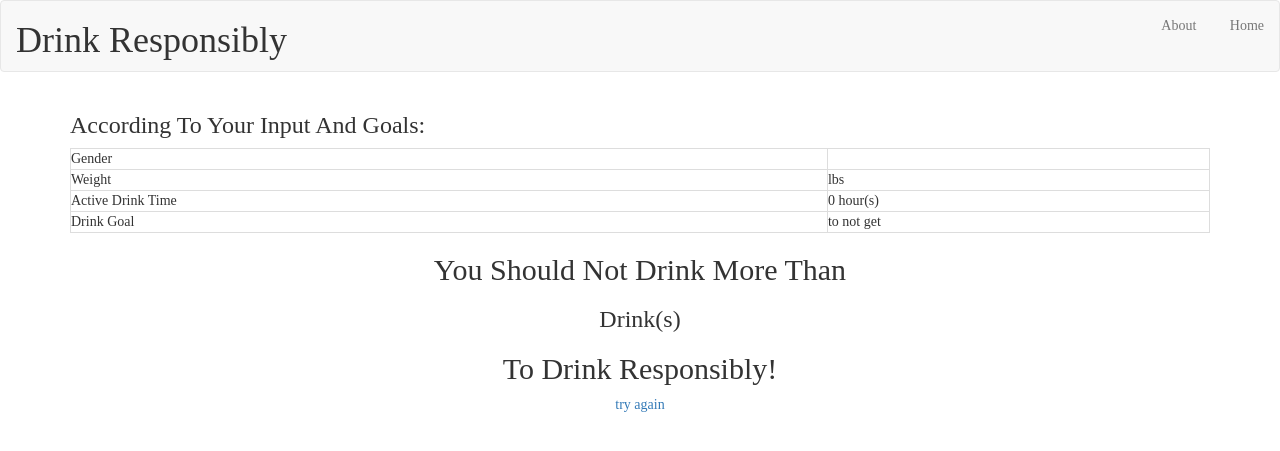
Repository: NatNat180/DrinkResponsibly
Page: http://localhost/DrinkResponsibly/calculate-drink-amount
These files come from the project's save history. The page is drawn as it stood at one moment and after the next save; the edit follows.
The browser window is 1280 px wide. The pictures show the whole page.
Some web fonts or font styles are not loaded; a fallback is used. The page is served by Tomcat 9. Other server files are loaded and not shown.

Above is the page before, as saved 2016-04-07 16:27:29.

### DrinkResponsibly/WebContent/WEB-INF/results.jsp
<%@ page language="java" contentType="text/html; charset=UTF-8"
    pageEncoding="ISO-8859-1"%>
<%@ taglib prefix="c" uri="http://java.sun.com/jsp/jstl/core" %>
<!DOCTYPE html>
<html lang="eng">
<head>
<meta http-equiv="Content-Type" content="text/html; charset=UTF-8">
<link rel="stylesheet" type="text/css" href="bootstrap/css/bootstrap.css"/>
<link rel="stylesheet" type="text/css" href="css/style.css"/>
<title>Drink Responsibly - Your Results</title>
</head>
<body>
<c:import url="/WEB-INF/navigation.html"/>
<section class="container">

<h3>According To Your Input And Goals:</h3>
<table class="table-bordered" style="width: 100%;">
<tr>
	<td>Gender</td>
	<td><c:out value="${gender}"></c:out></td>
</tr>
<tr>
	<td>Weight</td>
	<td><c:out value="${weight} lbs"></c:out></td>
</tr>
<tr>
	<td>Active Drink Time</td>
	<td><c:out value="${drink-time} hour(s)"></c:out></td>
</tr>
<tr>
	<td>Drink Goal</td>
	<td>to not get <c:out value="${goal}"></c:out></td>
</tr>
</table>

<div class="center-text">
<h2>You Should Not Drink More Than</h2>
<h2><c:out value="${drinks}"></c:out></h2>
<h3>Drink(s)</h3>
<h2>To Drink Responsibly!</h2>
<a href="form">try again</a>
</div>

</section>
</body>
</html>

### DrinkResponsibly/WebContent/WEB-INF/navigation.html
<nav class="navbar navbar-default" role="navigation">
	<div class="container-fluid">
		<div class="navbar-header">
		  <h1  class="nav-title">Drink Responsibly</h1>
		</div>
		<ul class="nav navbar-nav navbar-right">
			<li id="right"><a href="">&nbsp;About</a>
			<li id="right"><a href="form">&nbsp;Home</a>
		</ul>
	</div>
	</nav>
	<!--<nav class="nav-tabs" role="navigation">
	<h1  class="nav-title">Drink Responsibly</h1>
		<ul class="nav navbar-nav navbar-right">
			<li id="right"><a href="">&nbsp;About</a>
			<li id="right"><a href="form">&nbsp;Home</a>
		</ul>
	</nav>-->

### DrinkResponsibly/src/com/application/CalculateDrinkAmount.java
package com.application;

import java.io.IOException;
//import java.io.PrintWriter;

import javax.servlet.ServletException;
import javax.servlet.annotation.WebServlet;
import javax.servlet.http.HttpServlet;
import javax.servlet.http.HttpServletRequest;
import javax.servlet.http.HttpServletResponse;

@WebServlet("/calculate-drink-amount")
public class CalculateDrinkAmount extends HttpServlet {
	private static final long serialVersionUID = 1L;

	//make class variables
	double initialBAC;
	double expendableBAC = 0.015;
	double finalBAC;
	int drinks;

    public CalculateDrinkAmount() {
        super();

    }

	protected void doGet(HttpServletRequest request, HttpServletResponse response) throws ServletException, IOException {

		request.getServletContext().getRequestDispatcher("/WEB-INF/results.jsp").forward(request, response);
	}

	protected void doPost(HttpServletRequest request, HttpServletResponse response) throws ServletException, IOException {

		//response.setContentType("text/html");
		//PrintWriter out = response.getWriter();

		//Retrieve values from form
		String gender = request.getParameter("gender");
		String weight = request.getParameter("weight");
		String drinkTime = request.getParameter("drink-time");
		String goal = request.getParameter("goal");
		String unit = request.getParameter("unit");

		//Parse int the weight and drinkTime so that they are no longer strings and can be manipulated
		int weightNum = Integer.parseInt(weight);
		int drinkTimeNum = Integer.parseInt(drinkTime);

		//convert from kg to lbs if kg was used
		if(unit.equals("kg")){
			weightNum *= 2.2046;
		}

		//Enable them to be printed out in a JSP
		request.setAttribute("gender", gender);
		request.setAttribute("weight", weightNum);
		request.setAttribute("drink-time", drinkTime);
		request.setAttribute("goal", goal);

		//Set initial drink amount
		//If the person plans on drinking for at least an hour or more, set the initial drink amount to the total hours they plan on drinking
		//Otherwise, set the initial drink amount to zero
		if(drinkTimeNum >= 1){
			drinks = drinkTimeNum;
		} else {
			drinks = 0;
		}

		//Calculate initial BAC levels based on gender and weight
		if(gender.equals("male")){

			if(weightNum <= 100){

				initialBAC = 0.0435;

			} else if(weightNum > 100 && weightNum < 125){

				double base = 0.0435;
				double rate = 0.00036 * 5;

				switch(weightNum){
				case 101:
				case 102:
				case 103:
				case 104:
					initialBAC = base;
					break;
				case 105:
				case 106:
				case 107:
				case 108:
				case 109:
					initialBAC = base - rate;
					break;
				case 110:
				case 111:
				case 112:
				case 113:
				case 114:
					initialBAC = base - (rate * 2);
					break;
				case 115:
				case 116:
				case 117:
				case 118:
				case 119:
					initialBAC = base - (rate * 3);
					break;
				case 120:
				case 121:
				case 122:
				case 123:
				case 124:
					initialBAC = base - (rate * 4);
					break;
				}

			} else if(weightNum >= 125 && weightNum < 150){

				double base = 0.0345;
				double rate = 0.0002 * 5;

				switch(weightNum){
				case 125:
				case 126:
				case 127:
				case 128:
				case 129:
					initialBAC = base;
					break;
				case 130:
				case 131:
				case 132:
				case 133:
				case 134:
					initialBAC = base - rate;
					break;
				case 135:
				case 136:
				case 137:
				case 138:
				case 139:
					initialBAC = base - (rate * 2);
					break;
				case 140:
				case 141:
				case 142:
				case 143:
				case 144:
					initialBAC = base - (rate * 3);
					break;
				case 145:
				case 146:
				case 147:
				case 148:
				case 149:
					initialBAC = base - (rate * 4);
					break;
				}

			} else if(weightNum >= 150 && weightNum < 175){

				double base = 0.0295;
				double rate = 0.00016 * 5;

				switch(weightNum){
				case 150:
				case 151:
				case 152:
				case 153:
				case 154:
					initialBAC = base;
					break;
				case 155:
				case 156:
				case 157:
				case 158:
				case 159:
					initialBAC = base - rate;
					break;
				case 160:
				case 161:
				case 162:
				case 163:
				case 164:
					initialBAC = base - (rate * 2);
					break;
				case 165:
				case 166:
				case 167:
				case 168:
				case 169:
					initialBAC = base - (rate * 3);
					break;
				case 170:
				case 171:
				case 172:
				case 173:
				case 174:
					initialBAC = base - (rate * 4);
					break;
				}

			} else if(weightNum >= 175 && weightNum < 200){

				double base = 0.0255;
				double rate = 0.00012 * 5;

				switch(weightNum){
				case 175:
				case 176:
				case 177:
				case 178:
				case 179:
					initialBAC = base;
					break;
				case 180:
				case 181:
				case 182:
				case 183:
				case 184:
					initialBAC = base - rate;
					break;
				case 185:
				case 186:
				case 187:
				case 188:
				case 189:
					initialBAC = base - (rate * 2);
					break;
				case 190:
				case 191:
				case 192:
				case 193:
				case 194:
					initialBAC = base - (rate * 3);
					break;
				case 195:
				case 196:
				case 197:
				case 198:
				case 199:
					initialBAC = base - (rate * 4);
					break;
				}

			} else if(weightNum >= 200 && weightNum < 225){

				double base = 0.0225;
				double rate = 0.00012 * 5;

				switch(weightNum){
				case 200:
				case 201:
				case 202:
				case 203:
				case 204:
					initialBAC = base;
					break;
				case 205:
				case 206:
				case 207:
				case 208:
				case 209:
					initialBAC = base - rate;
					break;
				case 210:
				case 211:
				case 212:
				case 213:
				case 214:
					initialBAC = base - (rate * 2);
					break;
				case 215:
				case 216:
				case 217:
				case 218:
				case 219:
					initialBAC = base - (rate * 3);
					break;
				case 220:
				case 221:
				case 222:
				case 223:
				case 224:
					initialBAC = base - (rate * 4);
					break;
				}

			} else if(weightNum >= 225 && weightNum < 250){

				double base = 0.0195;
				double rate = 0.00008 * 5;

				switch(weightNum){
				case 225:
				case 226:
				case 227:
				case 228:
				case 229:
					initialBAC = base;
					break;
				case 230:
				case 231:
				case 232:
				case 233:
				case 234:
					initialBAC = base - rate;
					break;
				case 235:
				case 236:
				case 237:
				case 238:
				case 239:
					initialBAC = base - (rate * 2);
					break;
				case 240:
				case 241:
				case 242:
				case 243:
				case 244:
					initialBAC = base - (rate * 3);
					break;
				case 245:
				case 246:
				case 247:
				case 248:
				case 249:
					initialBAC = base - (rate * 4);
					break;
				}

			} else if(weightNum >= 250 && weightNum < 275){

				double base = 0.0175;
				double rate = 0.00008 * 5;

				switch(weightNum){
				case 250:
				case 251:
				case 252:
				case 253:
				case 254:
					initialBAC = base;
					break;
				case 255:
				case 256:
				case 257:
				case 258:
				case 259:
					initialBAC = base - rate;
					break;
				case 260:
				case 261:
				case 262:
				case 263:
				case 264:
					initialBAC = base - (rate * 2);
					break;
				case 265:
				case 266:
				case 267:
				case 268:
				case 269:
					initialBAC = base - (rate * 3);
					break;
				case 270:
				case 271:
				case 272:
				case 273:
				case 274:
					initialBAC = base - (rate * 4);
					break;
				}

			} else {

				double base = 0.0175;
				double rate = 0.00008 * 5;

				initialBAC = base - (rate * 5);
			}

		} else { //for females

			if(weightNum <= 100){

				initialBAC = 0.0505;

			} else if(weightNum > 100 && weightNum < 125){

				double base = 0.0505;
				double rate = 0.0004 * 5;

				switch(weightNum){
				case 101:
				case 102:
				case 103:
				case 104:
					initialBAC = base;
					break;
				case 105:
				case 106:
				case 107:
				case 108:
				case 109:
					initialBAC = base - rate;
					break;
				case 110:
				case 111:
				case 112:
				case 113:
				case 114:
					initialBAC = base - (rate * 2);
					break;
				case 115:
				case 116:
				case 117:
				case 118:
				case 119:
					initialBAC = base - (rate * 3);
					break;
				case 120:
				case 121:
				case 122:
				case 123:
				case 124:
					initialBAC = base - (rate * 4);
					break;
				}

			} else if(weightNum >= 125 && weightNum < 150){

				double base = 0.0405;
				double rate = 0.00024 * 5;

				switch(weightNum){
				case 125:
				case 126:
				case 127:
				case 128:
				case 129:
					initialBAC = base;
					break;
				case 130:
				case 131:
				case 132:
				case 133:
				case 134:
					initialBAC = base - rate;
					break;
				case 135:
				case 136:
				case 137:
				case 138:
				case 139:
					initialBAC = base - (rate * 2);
					break;
				case 140:
				case 141:
				case 142:
				case 143:
				case 144:
					initialBAC = base - (rate * 3);
					break;
				case 145:
				case 146:
				case 147:
				case 148:
				case 149:
					initialBAC = base - (rate * 4);
					break;
				}

			} else if(weightNum >= 150 && weightNum < 175){

				double base = 0.0345;
				double rate = 0.0002 * 5;

				switch(weightNum){
				case 150:
				case 151:
				case 152:
				case 153:
				case 154:
					initialBAC = base;
					break;
				case 155:
				case 156:
				case 157:
				case 158:
				case 159:
					initialBAC = base - rate;
					break;
				case 160:
				case 161:
				case 162:
				case 163:
				case 164:
					initialBAC = base - (rate * 2);
					break;
				case 165:
				case 166:
				case 167:
				case 168:
				case 169:
					initialBAC = base - (rate * 3);
					break;
				case 170:
				case 171:
				case 172:
				case 173:
				case 174:
					initialBAC = base - (rate * 4);
					break;
				}

			} else if(weightNum >= 175 && weightNum < 200){

				double base = 0.0295;
				double rate = 0.00012 * 5;

				switch(weightNum){
				case 175:
				case 176:
				case 177:
				case 178:
				case 179:
					initialBAC = base;
					break;
				case 180:
				case 181:
				case 182:
				case 183:
				case 184:
					initialBAC = base - rate;
					break;
				case 185:
				case 186:
				case 187:
				case 188:
				case 189:
					initialBAC = base - (rate * 2);
					break;
				case 190:
				case 191:
				case 192:
				case 193:
				case 194:
					initialBAC = base - (rate * 3);
					break;
				case 195:
				case 196:
				case 197:
				case 198:
				case 199:
					initialBAC = base - (rate * 4);
					break;
				}

			} else if(weightNum >= 200 && weightNum < 225){

				double base = 0.0265;
				double rate = 0.00016 * 5;

				switch(weightNum){
				case 200:
				case 201:
				case 202:
				case 203:
				case 204:
					initialBAC = base;
					break;
				case 205:
				case 206:
				case 207:
				case 208:
				case 209:
					initialBAC = base - rate;
					break;
				case 210:
				case 211:
				case 212:
				case 213:
				case 214:
					initialBAC = base - (rate * 2);
					break;
				case 215:
				case 216:
				case 217:
				case 218:
				case 219:
					initialBAC = base - (rate * 3);
					break;
				case 220:
				case 221:
				case 222:
				case 223:
				case 224:
					initialBAC = base - (rate * 4);
					break;
				}

			} else if(weightNum >= 225 && weightNum < 250){

				double base = 0.0225;
				double rate = 0.00008 * 5;

				switch(weightNum){
				case 225:
				case 226:
				case 227:
				case 228:
				case 229:
					initialBAC = base;
					break;
				case 230:
				case 231:
				case 232:
				case 233:
				case 234:
					initialBAC = base - rate;
					break;
				case 235:
				case 236:
				case 237:
				case 238:
				case 239:
					initialBAC = base - (rate * 2);
					break;
				case 240:
				case 241:
				case 242:
				case 243:
				case 244:
					initialBAC = base - (rate * 3);
					break;
				case 245:
				case 246:
				case 247:
				case 248:
				case 249:
					initialBAC = base - (rate * 4);
					break;
				}

			} else if(weightNum >= 250 && weightNum < 275){

				double base = 0.0205;
				double rate = 0.00008 * 5;

				switch(weightNum){
				case 250:
				case 251:
				case 252:
				case 253:
				case 254:
					initialBAC = base;
					break;
				case 255:
				case 256:
				case 257:
				case 258:
				case 259:
					initialBAC = base - rate;
					break;
				case 260:
				case 261:
				case 262:
				case 263:
				case 264:
					initialBAC = base - (rate * 2);
					break;
				case 265:
				case 266:
				case 267:
				case 268:
				case 269:
					initialBAC = base - (rate * 3);
					break;
				case 270:
				case 271:
				case 272:
				case 273:
				case 274:
					initialBAC = base - (rate * 4);
					break;
				}

			} else {

				double base = 0.0205;
				double rate = 0.00008 * 5;

				initialBAC = base - (rate * 5);
			}

		}

		//determine finalBAC
		//if the drink time is less than an hour, their initialBAC (after one drink) is also their final BAC
		//if they plan to drink for more than an hour, their initialBAC wears off with each hour
		if(drinkTimeNum < 1){
			finalBAC = initialBAC;
		} else {
			finalBAC = ((initialBAC - expendableBAC) * drinkTimeNum) + initialBAC;
		}

		//calculate alloted drink amount based on BAC level
		// create a new variable which will start the same as the final blood alcohol level
		// this new variable keeps changing, but we need the initial finalBAC variable to
		// remain the same so it can keep adding to the new variable
		double BAC = finalBAC;

		// Set message if goal is to not get drunk
		if(goal.equals("drunk")){
			//Allow for drinks so long as it does not surpass limit.
			if(finalBAC > 0.05){
				drinks -= 1;
			} else {
				while(BAC < 0.04){
					BAC += initialBAC;
					drinks += 1;
				}
				// don't risk getting past the drunk limit - but if it's been an hour, your BAC lowers
			}

			if(drinks < 0){
				drinks = 0;
			}
		}

		// Set message if goal is to not get sick
		else if(goal.equals("sick")){
			//Allow for drinks so long as it does not surpass limit.
			if(finalBAC > 0.16){
				drinks -= 1;
			} else {
				while(BAC < 0.16){
					BAC += initialBAC;
					drinks += 1;
				}
			}

			if(drinks < 0){

				drinks = 0;
			}
		}

		//Make drinks into a String
		String drinkAmount = Integer.toString(drinks);
		//create a session attribute for drinks
		request.setAttribute("drinks", drinkAmount);

		String initial = Double.toString(initialBAC);
		request.setAttribute("initial", initial);

		String end = Double.toString(finalBAC);
		request.setAttribute("final", end);

		request.setAttribute("yes", BAC);

		doGet(request, response);
	}

}

### DrinkResponsibly/WebContent/css/style.css
@import url(https://fonts.googleapis.com/css?family=Fjalla+One|Poiret+One|Bitter|Arvo|Amatic+SC:400,700);

/*
font-family: 'Fjalla One', sans-serif;
font-family: 'Poiret One', cursive;
font-family: 'Bitter', serif;
font-family: 'Arvo', serif;
font-family: 'Amatic SC', cursive;
*/

h1 {font-family: 'Poiret One', cursive;}
body {font-family: 'Arvo', serif;}
.center-text {text-align:center;}

a:hover{
	text-decoration: none;
}

form p {
	margin-top: 5px;
	margin-bottom: 5px;
}

Loaded but not shown: DrinkResponsibly/WebContent/bootstrap/css/bootstrap.css (library)

After the next save:
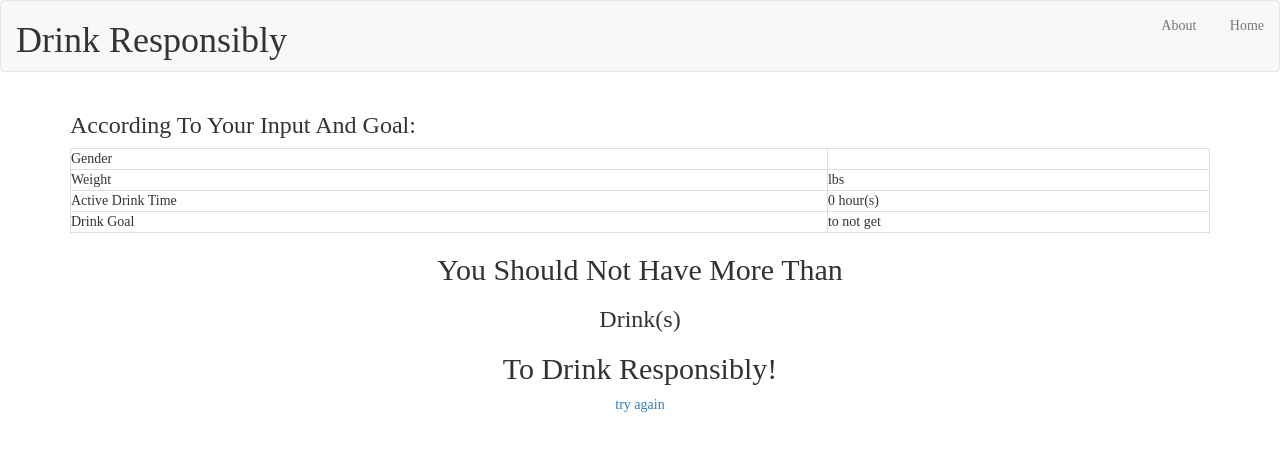
Saved 87 s later.
--- a/DrinkResponsibly/WebContent/WEB-INF/results.jsp
+++ b/DrinkResponsibly/WebContent/WEB-INF/results.jsp
@@ -13,7 +13,7 @@
 <c:import url="/WEB-INF/navigation.html"/>
 <section class="container">
 
-<h3>According To Your Input And Goals:</h3>
+<h3>According To Your Input And Goal:</h3>
 <table class="table-bordered" style="width: 100%;">
 <tr>
 	<td>Gender</td>
@@ -34,8 +34,8 @@
 </table>
 
 <div class="center-text">
-<h2>You Should Not Drink More Than</h2>
-<h2><c:out value="${drinks}"></c:out></h2>
+<h2>You Should Not Have More Than</h2>
+<h3><c:out value="${drinks}"></c:out></h3>
 <h3>Drink(s)</h3>
 <h2>To Drink Responsibly!</h2>
 <a href="form">try again</a>
